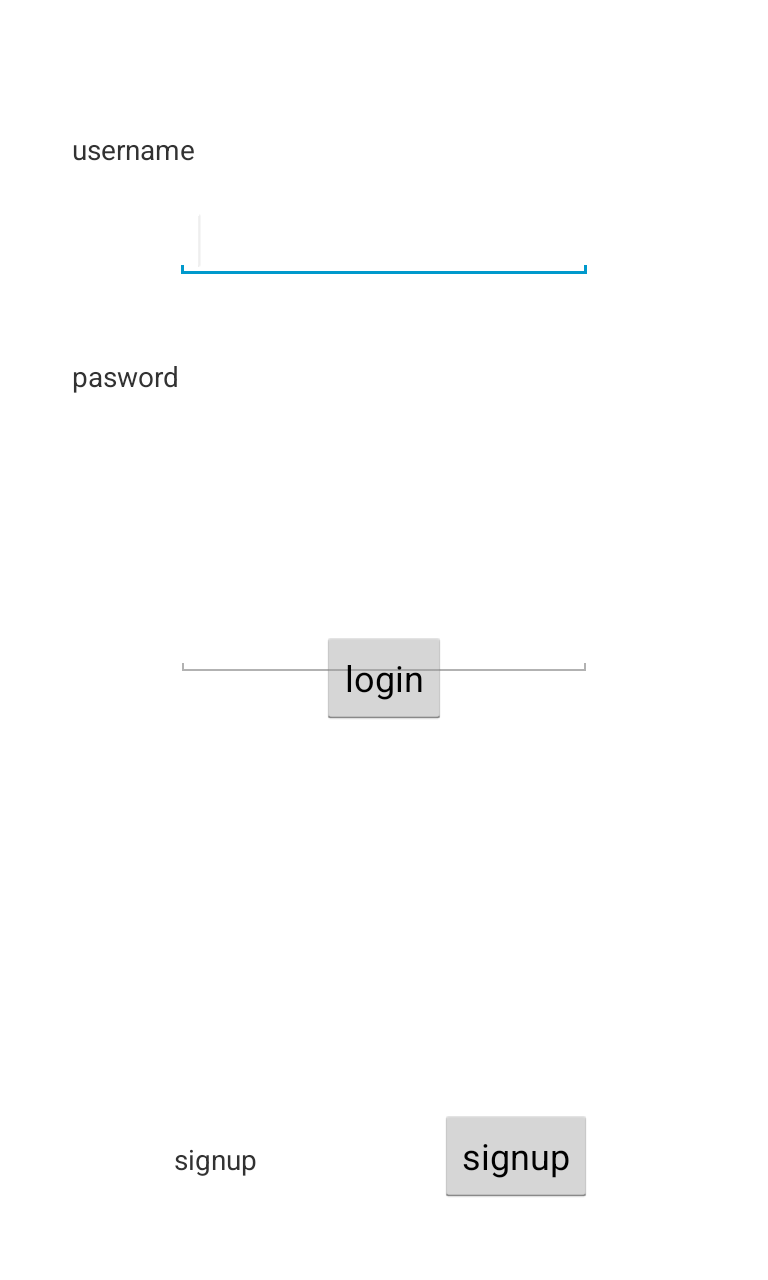
Repository: arjuntheprogrammer/iact
Layout: iact/iact android practice/mywork/login/res/layout/activity_main.xml
The author's editor kept a copy of each file at every save. The layout is drawn from the files as they stood at one save, then again after the next save.
It is drawn on a 768 x 1280 px phone screen (xhdpi) without system bars, with theme AppTheme; the app's code is not run.

Above is the layout before, as saved 2016-01-04 01:47:53.

### iact/iact android practice/mywork/login/res/layout/activity_main.xml
<RelativeLayout xmlns:android="http://schemas.android.com/apk/res/android"
    xmlns:tools="http://schemas.android.com/tools"
    android:layout_width="match_parent"
    android:layout_height="match_parent"
    android:paddingBottom="@dimen/activity_vertical_margin"
    android:paddingLeft="@dimen/activity_horizontal_margin"
    android:paddingRight="@dimen/activity_horizontal_margin"
    android:paddingTop="@dimen/activity_vertical_margin"
    tools:context=".MainActivity" >

    <TextView
        android:id="@+id/textView1"
        android:layout_width="wrap_content"
        android:layout_height="wrap_content"
        android:layout_alignParentLeft="true"
        android:layout_alignParentTop="true"
        android:layout_marginLeft="20dp"
        android:layout_marginTop="49dp"
        android:text="username" />

    <EditText
        android:id="@+id/editText1"
        android:layout_width="wrap_content"
        android:layout_height="wrap_content"
        android:layout_below="@+id/textView1"
        android:layout_centerHorizontal="true"
        android:layout_marginTop="17dp"
        android:ems="10" >

        <requestFocus />
    </EditText>

    <TextView
        android:id="@+id/textView2"
        android:layout_width="wrap_content"
        android:layout_height="wrap_content"
        android:layout_alignLeft="@+id/textView1"
        android:layout_below="@+id/editText1"
        android:layout_marginTop="38dp"
        android:text="pasword" />

    <EditText
        android:id="@+id/editText2"
        android:layout_width="wrap_content"
        android:layout_height="wrap_content"
        android:layout_centerHorizontal="true"
        android:layout_centerVertical="true"
        android:ems="10"
        android:inputType="textPassword" />

    <TextView
        android:id="@+id/textView3"
        android:layout_width="wrap_content"
        android:layout_height="wrap_content"
        android:layout_alignLeft="@+id/editText1"
        android:layout_alignParentBottom="true"
        android:layout_marginBottom="35dp"
        android:text="signup" />

    <Button
        android:id="@+id/button1"
        android:layout_width="wrap_content"
        android:layout_height="wrap_content"
        android:layout_alignTop="@+id/editText2"
        android:layout_centerHorizontal="true"
        android:layout_marginTop="15dp"
        android:text="login" />

    <Button
        android:id="@+id/button2"
        android:layout_width="wrap_content"
        android:layout_height="wrap_content"
        android:layout_alignBaseline="@+id/textView3"
        android:layout_alignBottom="@+id/textView3"
        android:layout_alignRight="@+id/editText1"
        android:text="signup" />

</RelativeLayout>

Loaded but not shown: iact/iact android practice/mywork/login/res/values/styles.xml (common file); iact/iact android practice/mywork/login/res/values-v11/styles.xml (common file); iact/iact android practice/mywork/login/res/values-v14/styles.xml (common file); iact/iact android practice/mywork/login/res/values/dimens.xml (common file)

After the next save:
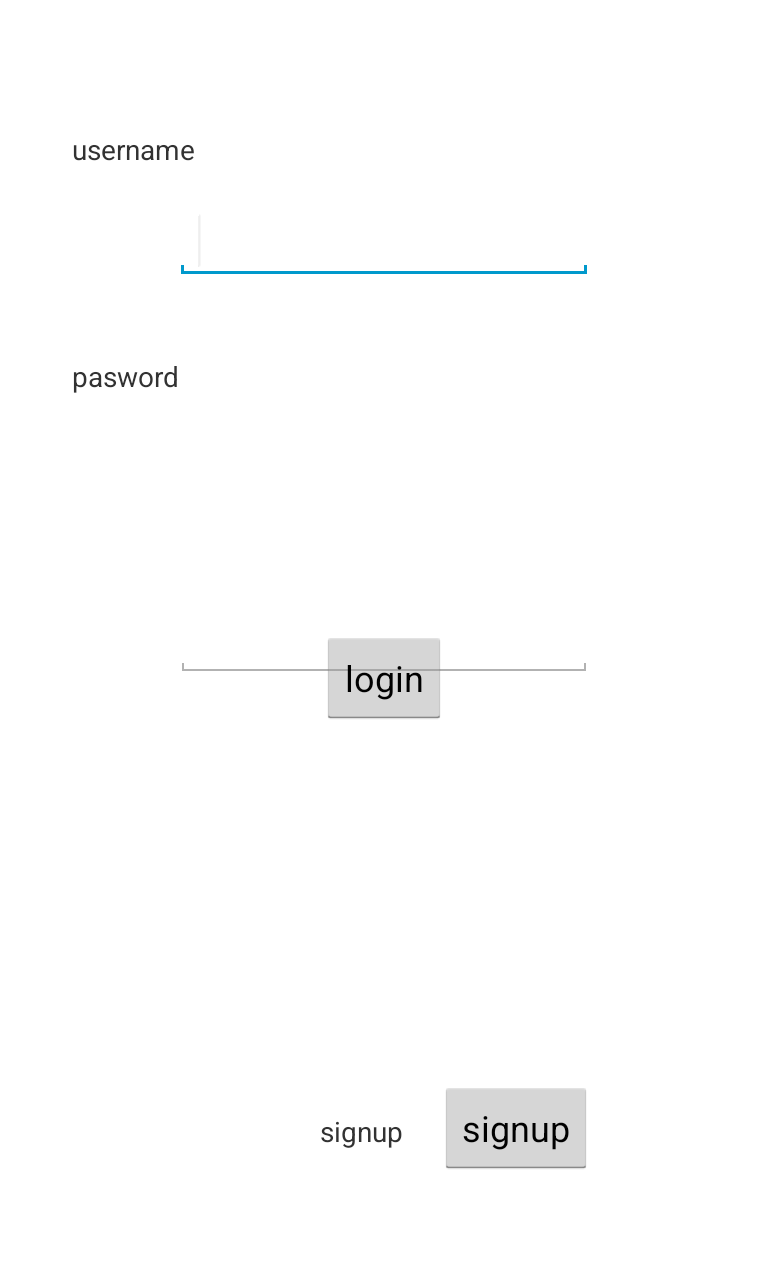
Saved 15 s later.
--- a/iact/iact android practice/mywork/login/res/layout/activity_main.xml
+++ b/iact/iact android practice/mywork/login/res/layout/activity_main.xml
@@ -48,15 +48,6 @@
         android:ems="10"
         android:inputType="textPassword" />
 
-    <TextView
-        android:id="@+id/textView3"
-        android:layout_width="wrap_content"
-        android:layout_height="wrap_content"
-        android:layout_alignLeft="@+id/editText1"
-        android:layout_alignParentBottom="true"
-        android:layout_marginBottom="35dp"
-        android:text="signup" />
-
     <Button
         android:id="@+id/button1"
         android:layout_width="wrap_content"
@@ -75,4 +66,13 @@
         android:layout_alignRight="@+id/editText1"
         android:text="signup" />
 
+    <TextView
+        android:id="@+id/textView3"
+        android:layout_width="wrap_content"
+        android:layout_height="wrap_content"
+        android:layout_alignLeft="@+id/button1"
+        android:layout_alignParentBottom="true"
+        android:layout_marginBottom="49dp"
+        android:text="signup" />
+
 </RelativeLayout>
